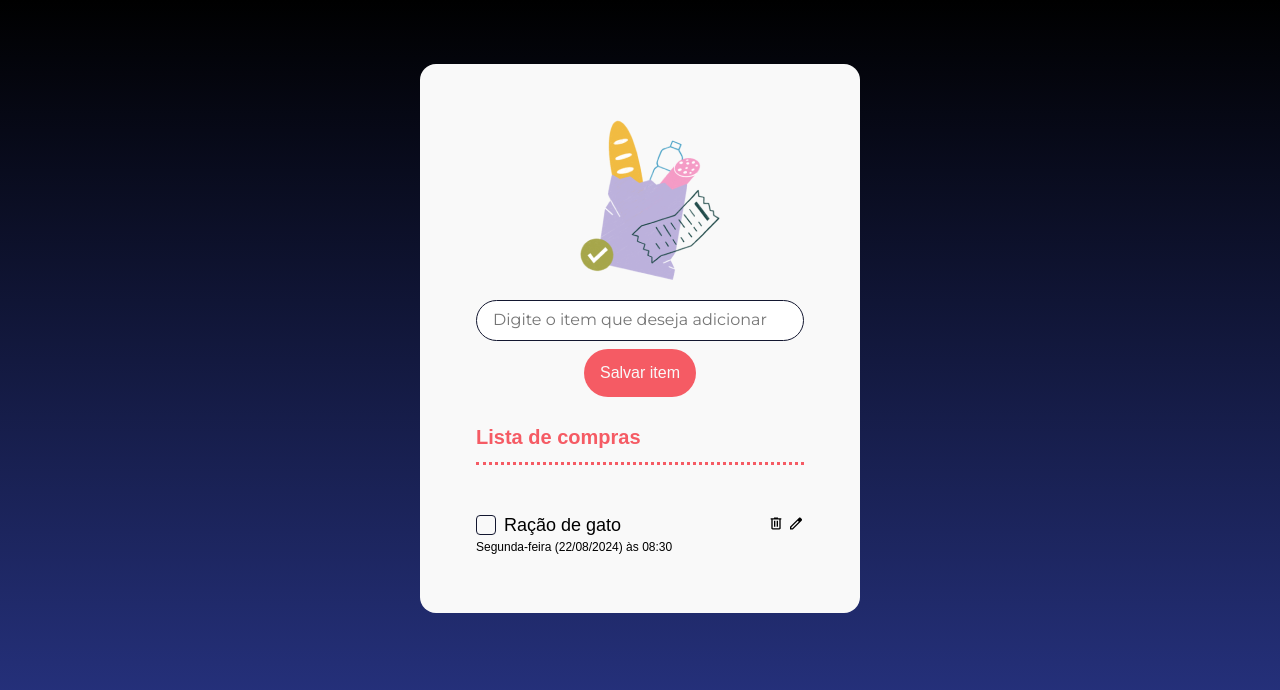
Repository: joaoPraiaJunior/compras_js
Page: index.html
These files come from the project's save history. The page is drawn as it stood at one moment and after the next save; the edit follows.
The browser window is 1280 px wide. The pictures show the whole page.
Some web fonts or font styles are not loaded; a fallback is used.

Above is the page before, as saved 2024-08-22 22:24:27.

### index.html
<!DOCTYPE html>
<html lang="pt-BR" dir="ltr">

<head>
    <meta charset="UTF-8">
    <meta name="viewport" content="width=device-width, initial-scale=1.0">
    <meta name="description" content="Lista de compras">
    <title>Lista de Compras</title>
    <link rel="preconnect" href="https://fonts.googleapis.com">
    <link rel="preconnect" href="https://fonts.gstatic.com" crossorigin>
    <link href="https://fonts.googleapis.com/css2?family=Krona+One&family=Montserrat&family=Numans&display=swap" rel="stylesheet">
    <link rel="stylesheet" href="./css/styles.css">
</head>

<body>
    <header>
        <img src="./img/bag.png" alt="sacola de compras">
    </header>
    <main>
        <form class="compras">
            <input class="compras__campo" type="text" name="compra" placeholder="Digite o item que deseja adicionar">
            <button class="compras__botao">Salvar item</button>
        </form>
        <h1>Lista de compras</h1>
        <hr>

        <ul class="lista">
            <li class="lista__item">
                <div class="lista__container">
                    <div class="lista__compra">
                        <div class="checkbox">
                            <input class="checkbox__input" type="checkbox" name="produto" id="racao_de_gato">
                            <label class="lista__etiqueta" for="racao_de_gato">Ração de gato</label>
                            <div class="checkbox__customizado checked"></div>
                        </div>
                    </div>
                    <div class="botao">
                        <button class="botao__excluir"><img src="./img/delete.svg" alt="Deletar"></button>
                        <button class="botao__editar"><img src="./img/edit.svg" alt="Editar"></button>
                    </div>
                </div>
                <p class="lista__data">Segunda-feira (<time datetime="2024-08-22">22/08/2024</time>) às <time>08:30</time></p>
            </li>
        </ul>
    </main>
</body>

</html>

### css/styles.css
* {
    box-sizing: border-box;
    margin: 0;
    padding: 0;
}

html {
    font-size: 62.5%;
}

:root {
    --cor-primaria: #F55B64;
    --cor-secundaria: #C2373F;
    --neutro: #F9F9F9;
    --preto: #131730;
    --fonte-titulo: "Krona One", sans-serif;
    --fonte-texto: 'Numans', sans-serif;
    --degrade-azul: linear-gradient(180deg, #000000 0%, #26327F 100%);
}

body {
    display: flex;
    flex-direction: column;
    align-items: center;
    background: var(--degrade-azul);
    background-repeat: no-repeat;
    font-size: 1.6rem;
    height: 100vh;
}

header {
    text-align: center;
    margin-top: 6.4rem;
    background-color: var(--neutro);
    border-radius: 1.6rem 1.6rem 0 0;
    padding: 5.6rem 5.6rem 1.6rem 5.6rem;
    width: 44.0rem;

}

main {
    display: flex;
    flex-direction: column;
    align-items: center;
    gap: 2.4rem;
    background-color: var(--neutro);
    border-radius: 0 0 1.6rem 1.6rem;
    padding: 0 5.6rem 5.6rem 5.6rem;
    width: 44.0rem;
}

h1 {
    align-self: flex-start;
    font-family: var(--fonte-titulo);
    font-size: 2.0rem;
    color: var(--cor-primaria);
    line-height: 3.3rem;
}

hr {
    border: none;
    border-bottom: .3rem dotted var(--cor-primaria);
    margin-bottom: 2.4rem;
    width: 100%;
}

hr:empty {
    margin-top: calc(1.6rem * -1);
}

p, label {
    font-family: var(--fonte-texto);
    font-size: 1.8rem;
    font-weight: 400;
    text-align: left;
    line-height: 2.4rem;
}


.compras {
    display: flex;
    flex-direction: column;
    gap: .8rem;
    width: 100%;
}

.compras__campo {
    border: .1rem solid var(--preto);
    border-radius: 2.4rem;
    padding: 1.2rem 1.6rem;
}

.compras__campo::placeholder {
    font-family: "Montserrat", sans-serif;
    font-size: 1.6rem;
    line-height: 1.9rem;
}

.compras__botao {
    align-self: center;
    font-family: var(--fonte-texto);
    font-size: 1.6rem;
    line-height: 2.4rem;
    color: var(--neutro);
    background-color: var(--cor-primaria);
    border: none;
    border-radius: 2.4rem;
    padding: 1.2rem 1.6rem;
    cursor: pointer;
}

.lista {
    list-style: none;
    width: 100%;
}

.lista__container {
    display: flex;
    align-items: center;
    justify-content: space-between;
}

.lista__compra {
    display: flex;
    align-items: center;
}

.lista__etiqueta {
    cursor: pointer;
}

.lista__data {
    font-size: 1.2rem;
    line-height: 2.0rem;
}

.checkbox {
    display: flex;
    align-items: center;
    flex-direction: row-reverse;
}
.checkbox__input {
    opacity: 0;
    width: 0;
    height: 0;
}

.checkbox__customizado {
    background-color: var(--neutro);
    margin-right: .8rem;
    border: .1rem solid var(--preto);
    border-radius: .4rem;
    width: 2.0rem;
    height: 2.0rem;
    cursor: pointer
}

.checkbox__input:checked ~ .checked {
    position: relative;
    background-color: var(--preto);
}

.checkbox__input:checked ~ .checked::before {
    content: "";
    position: absolute;
    top: -10%;
    left: 30%;
    width: .5rem;
    height: 1.4rem;
    border-top: .2rem solid var(--neutro);
    border-left: .2rem solid var(--neutro);
    transform: rotate(-140deg);
}

.botao__excluir, .botao__editar {
    background-color: transparent;
    border: none
}

After the next save:
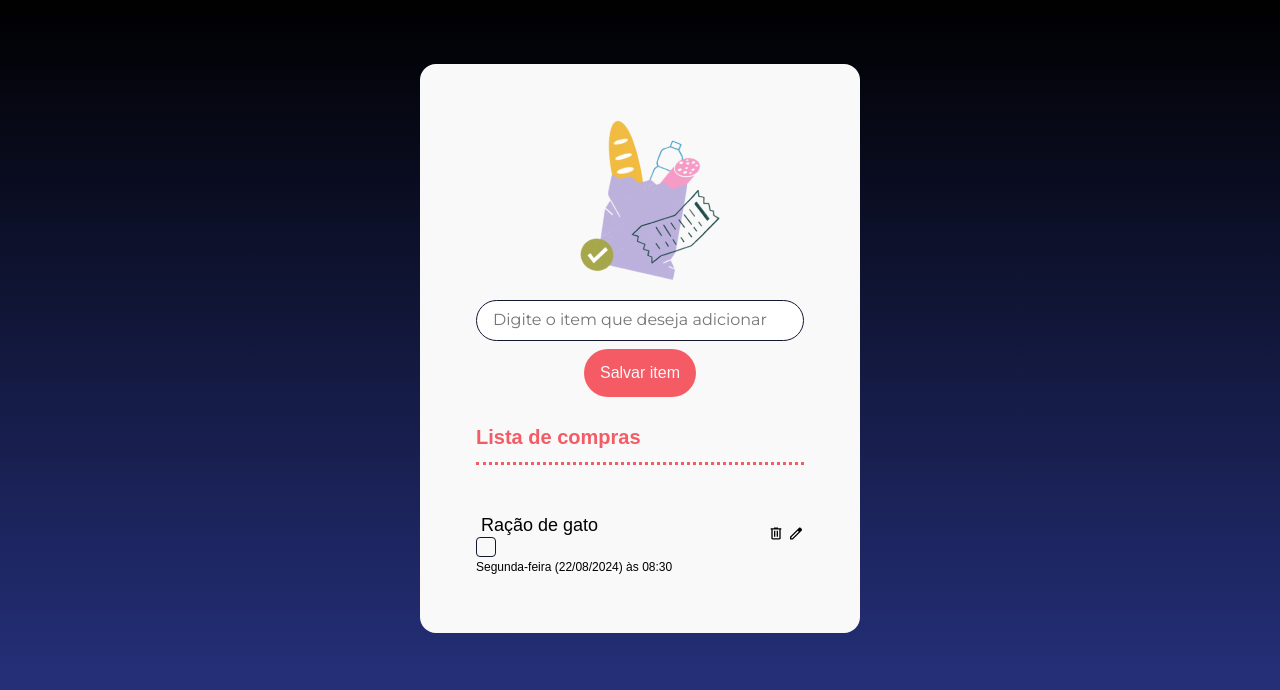
Saved 3 min 27 s later.
--- a/index.html
+++ b/index.html
@@ -29,9 +29,11 @@
                 <div class="lista__container">
                     <div class="lista__compra">
                         <div class="checkbox">
-                            <input class="checkbox__input" type="checkbox" name="produto" id="racao_de_gato">
-                            <label class="lista__etiqueta" for="racao_de_gato">Ração de gato</label>
-                            <div class="checkbox__customizado checked"></div>
+                            <label class="lista__etiqueta" for="racao_de_gato">
+                                <input class="checkbox__input" type="checkbox" name="produto" id="racao_de_gato">
+                                Ração de gato
+                                <div class="checkbox__customizado checked"></div>
+                            </label>
                         </div>
                     </div>
                     <div class="botao">

After the save that followed:
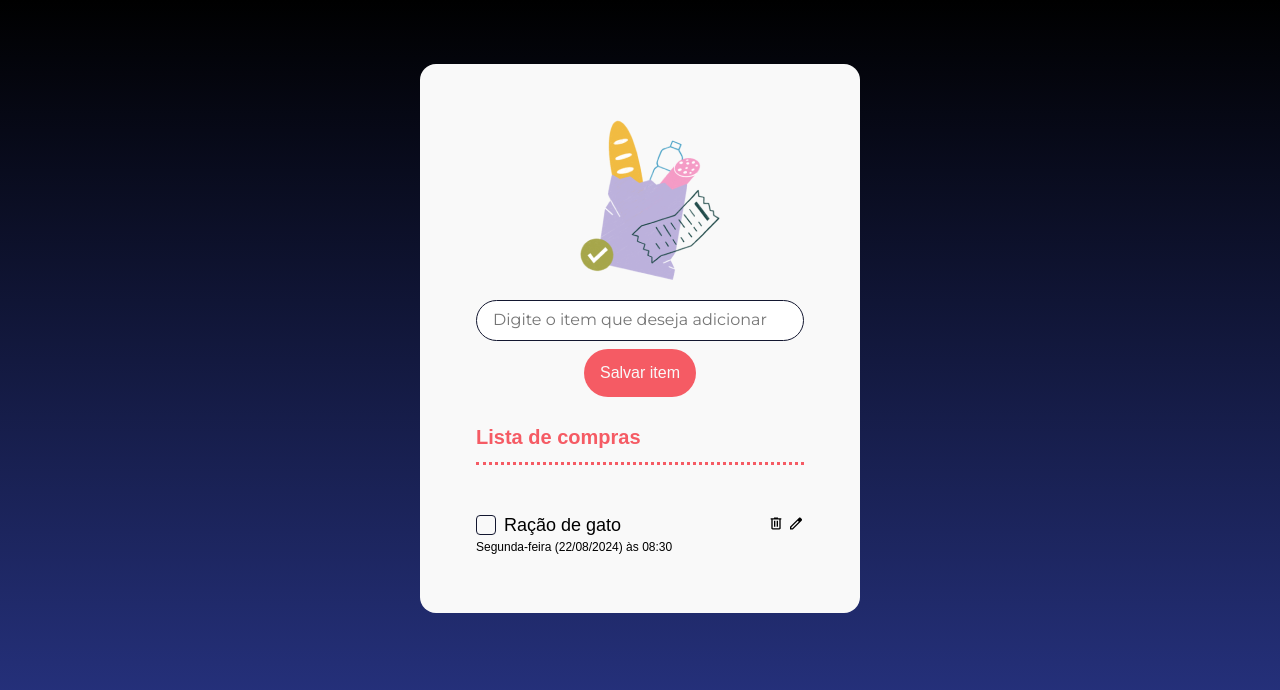
Saved 76 s later.
--- a/index.html
+++ b/index.html
@@ -28,8 +28,8 @@
             <li class="lista__item">
                 <div class="lista__container">
                     <div class="lista__compra">
-                        <div class="checkbox">
-                            <label class="lista__etiqueta" for="racao_de_gato">
+                        <div>
+                            <label class="checkbox" for="racao_de_gato">
                                 <input class="checkbox__input" type="checkbox" name="produto" id="racao_de_gato">
                                 Ração de gato
                                 <div class="checkbox__customizado checked"></div>
